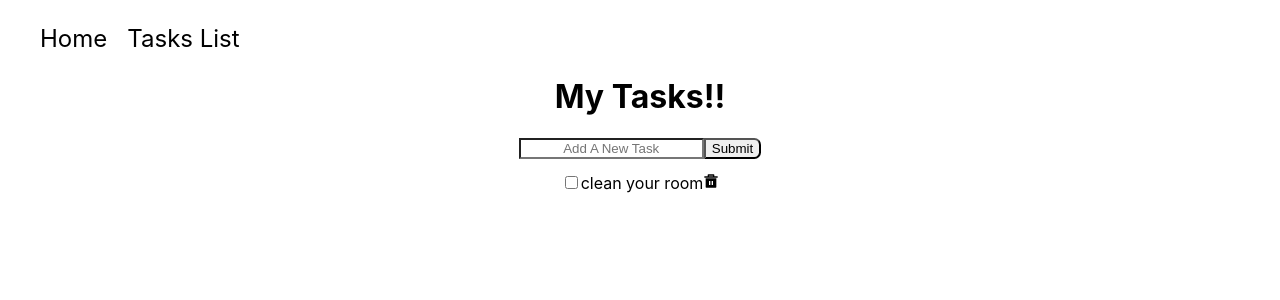
Repository: runner855/abstract_todolist
Page: /
The author's editor kept a copy of each file at every save. The page is drawn from the files as they stood at one save, then again after the next save.
The browser window is 1280 px wide. The pictures show the whole page.
The project was rebuilt for these pictures with package versions that can differ from the ones it lists, and the page was loaded fresh each time.

Above is the page before, as saved 2022-11-09 14:30:38.

### src/App.tsx
import React, { useState, useEffect } from "react";
import { Header } from "./Header";
import { RiDeleteBin5Fill } from "react-icons/ri";
import "./App.css";

export const App = () => {
  const todos = [
    {
      done: false,
      task: "clean your room",
    },
  ];

  type TodosProps = {
    done: boolean;
    task: string;
  };

  const [value, setValue] = useState<string>("");
  // const [list, setList] = useState<string[]>([]);
  const [tasks, setTasks] = useState<TodosProps[]>(todos);

  return (
    <div className="App">
      <Header />
      <h1>My Tasks!!</h1>
      <div className="textbox">
        <input
          type="text"
          placeholder="Add A New Task"
          onChange={(e) => setValue(e.target.value)}
          value={value}
        ></input>

        {
          <button
            className="addtask"
            onClick={() => {
              setTasks([...tasks, { task: value, done: false }]);
              setValue("");
            }}
          >
            Submit
          </button>
        }

        <div className="todo-container">
          {tasks.map((item, index) => {
            return (
              <div className={`single-task `} key={`${item.task}-${index}`}>
                <input
                  type="checkbox"
                  checked={item.done}
                  onChange={() => setTasks([{ ...item, done: !item.done }])}
                />
                {item.task}
                {item.done}
                <a className="delete">
                  <RiDeleteBin5Fill onClick={() => console.log("delete")} />
                </a>
              </div>
            );
          })}
        </div>
      </div>
    </div>
  );
};

### src/Header.tsx
import * as React from "react";
import "./Header.css";

export const Header = () => {
  return (
    <div className="home">
      <ul>
        <li>Home</li>
        <li>Tasks List</li>
      </ul>
    </div>
  );
};

### src/App.css
h1{
  text-align: center;
}

input {
  text-align: center;
  border-radius: 0em;
  margin-bottom: 1em;
}

.textbox{
  text-align: center;
}

.addtask {
  border-radius: 0em 0.5em 0.5em 0em;
}

a{
  cursor: pointer;
}

a:hover{
  border-radius: solid 0.1em blue;
  color:red;
}

### src/Header.css
ul{
   text-align: left;
   list-style: none;
   font-size: 1.5em;
   display: flex;

}
ul li {
    margin-right: 20px;
}

Loaded but not shown: public/index.html (common file); src/index.tsx (common file); src/index.css (common file)

After the next save:
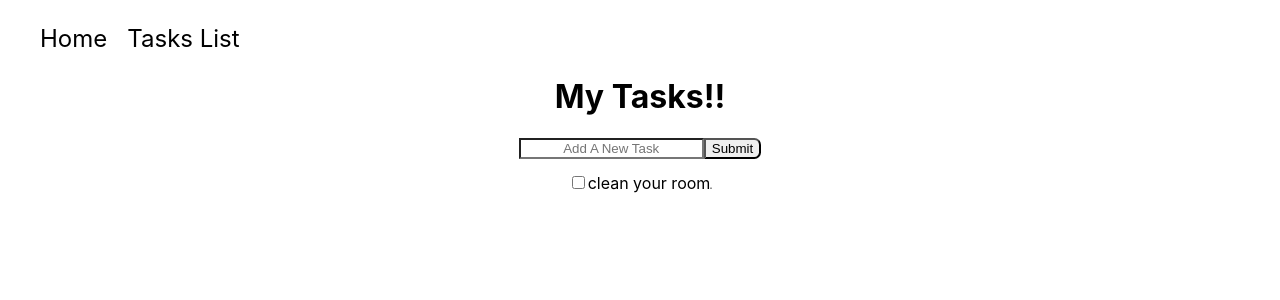
Saved 28 s later.
--- a/src/App.css
+++ b/src/App.css
@@ -22,5 +22,9 @@
 
 a:hover{
   border-radius: solid 0.1em blue;
-  color:red;
+
 }
+
+a{
+  font-size: 2px;
+}

After the save that followed:
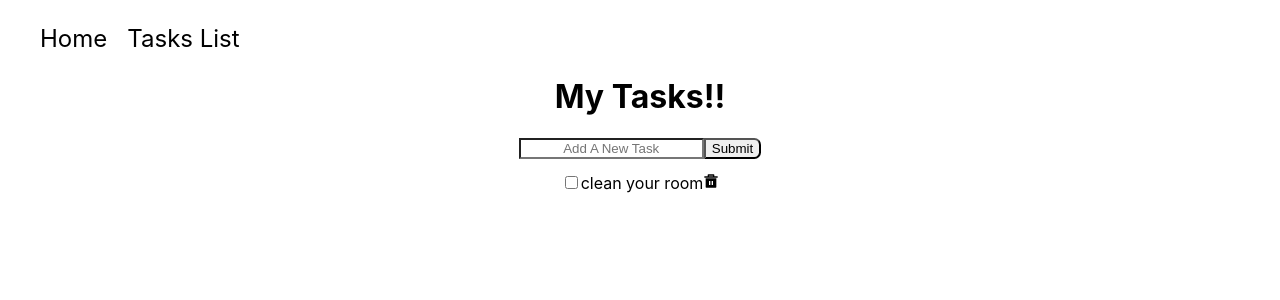
Saved 12 s later.
--- a/src/App.css
+++ b/src/App.css
@@ -24,7 +24,3 @@
   border-radius: solid 0.1em blue;
 
 }
-
-a{
-  font-size: 2px;
-}
